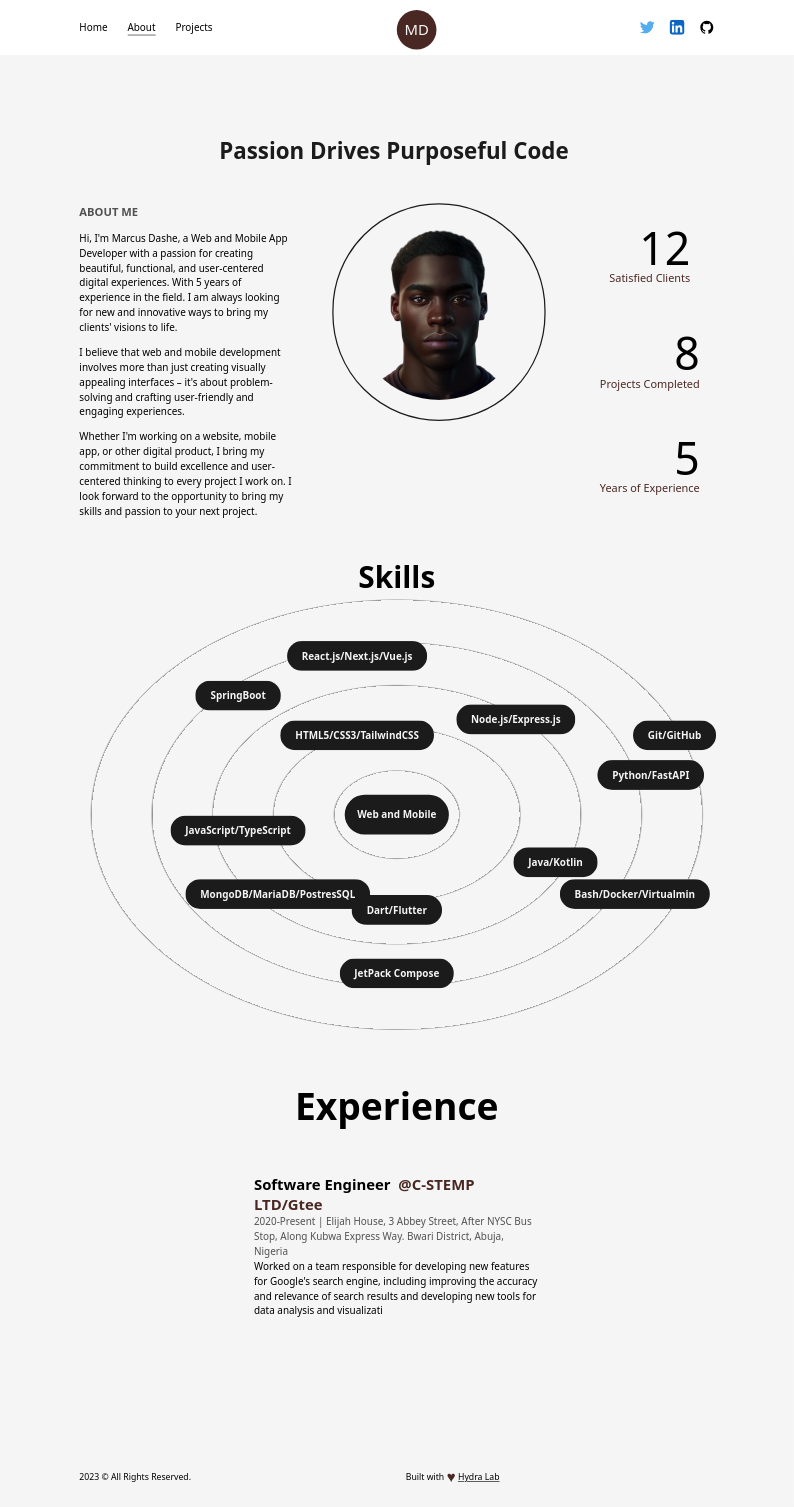
Repository: marcusdashe/situs
Page: /about
The author's editor kept a copy of each file at every save. The page is drawn from the files as they stood at one save, then again after the next save.
The browser window is 1280 px wide. The pictures show the whole page, at 62% of full size.
The project was rebuilt for these pictures with package versions that can differ from the ones it lists, and the page was loaded fresh each time. The framework's server and built-in components were replaced by stand-ins that run in the browser.

Above is the page before, as saved 2023-07-23 13:37:55.

After the next save:
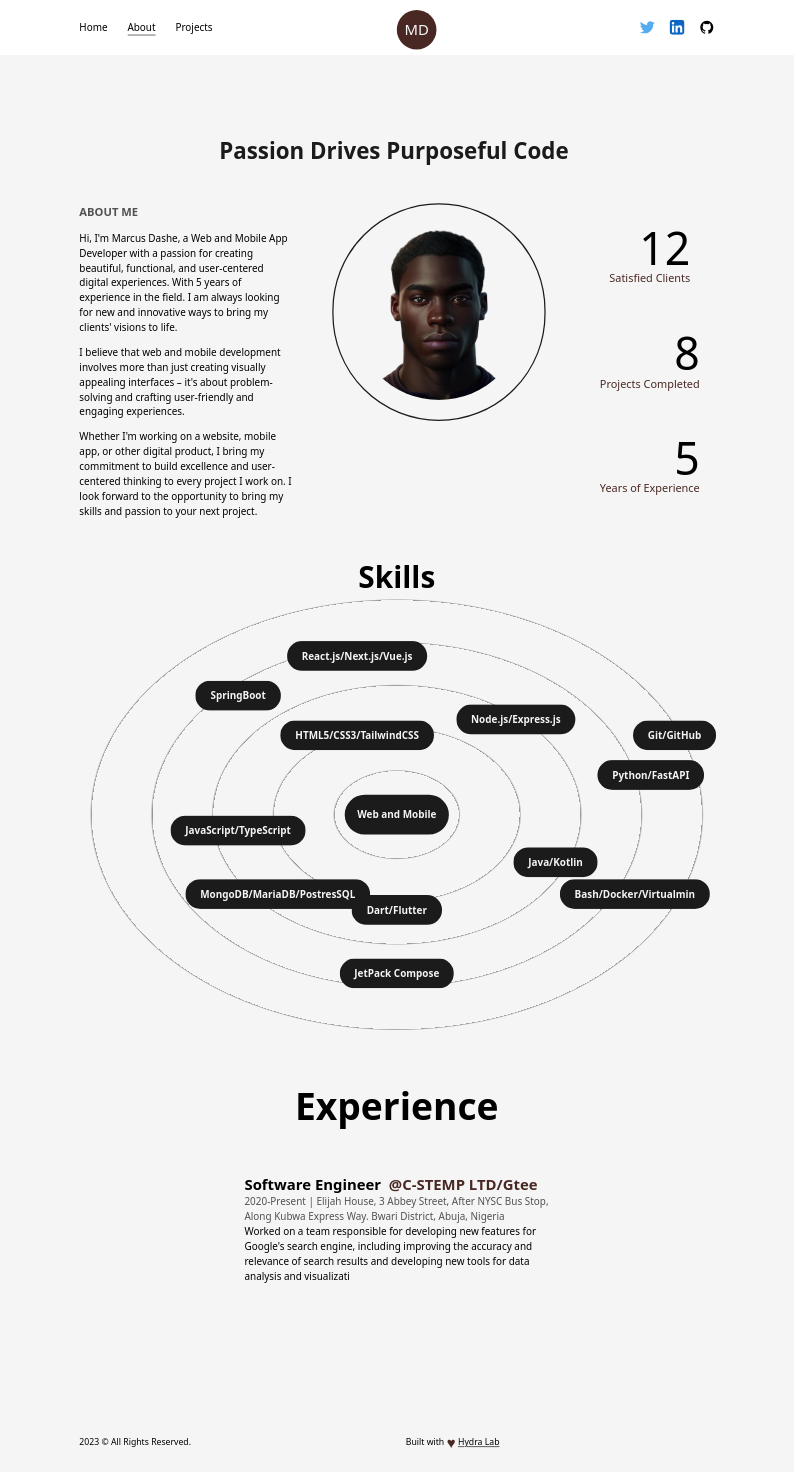
Saved 2 min 10 s later.
--- a/src/components/Experience.jsx
+++ b/src/components/Experience.jsx
@@ -26,7 +26,7 @@ const Experience = () => {
         {" "}
         Experience
       </h2>
-      <div className="w-[75%] mx-auto relative">
+      <div className="w-[80%] mx-auto relative">
         <ul>
           <Details
             position="Software Engineer"
